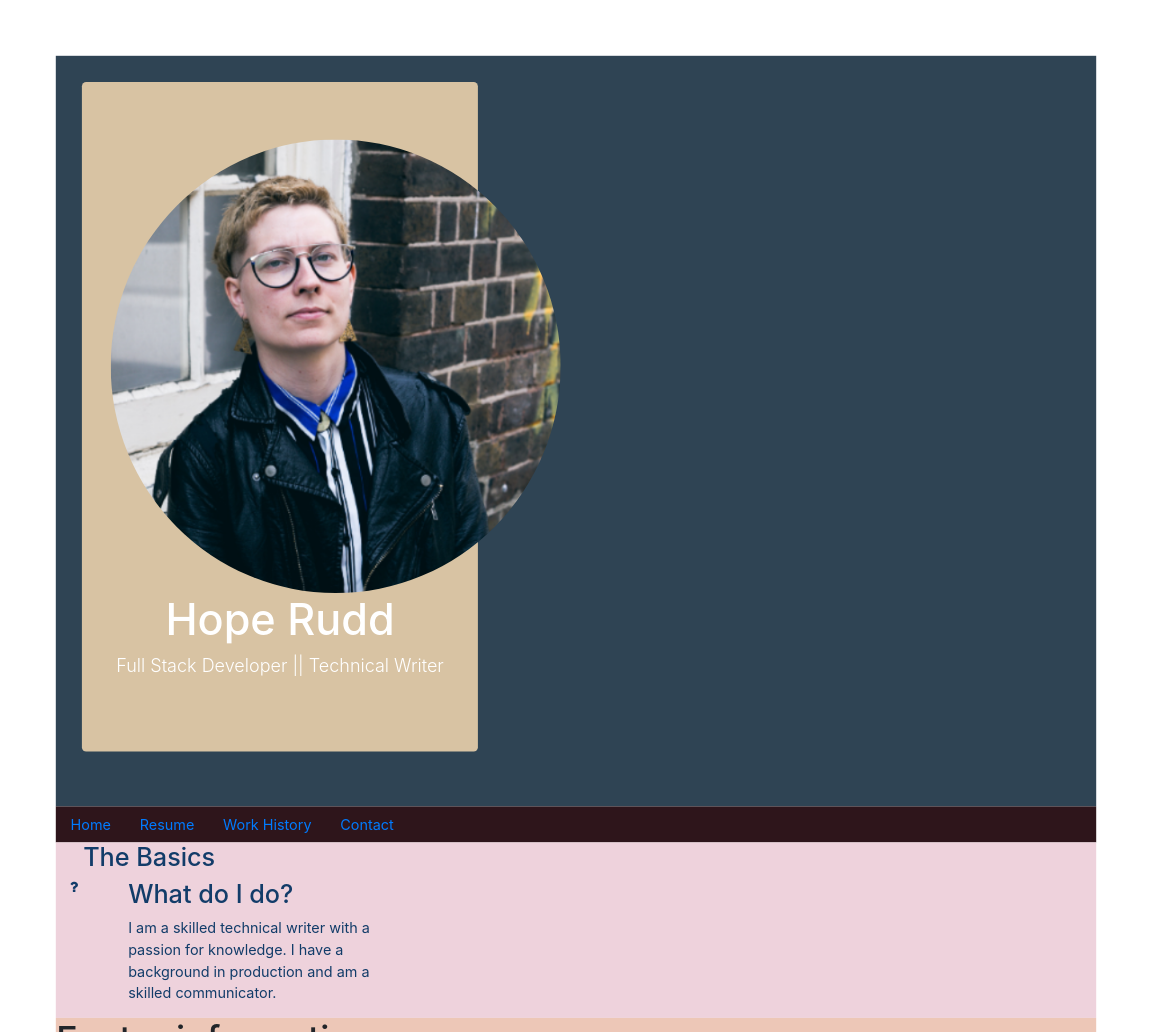
Repository: BleakTerrain/MilestoneProject-
Page: index.html
The author's editor kept a record of every edit. The page is drawn from the files as they stood at one moment, then again after the next edit.
The browser window is 1280 px wide. The pictures show the whole page, at 90% of full size.
Some web libraries are served in a nearby version.

Above is the page before.

### index.html
<html>

<head>
  <!-- Copied from UCB Resume code institue project -->

  <meta charset="UTF-8">
  <meta name="viewport" content="width=device-width, initial-scale=1.0">
  <meta http-equiv="X-UA-Compatible" content="ie=edge">
  <link rel="stylesheet" href="https://maxcdn.bootstrapcdn.com/bootstrap/4.2.1/css/bootstrap.min.css" type="text/css" />
  <link rel="stylesheet" href="https://maxcdn.bootstrapcdn.com/font-awesome/4.7.0/css/font-awesome.min.css" type="text/css" />
  <link rel="stylesheet" href="https://cdnjs.cloudflare.com/ajax/libs/hover.css/2.3.1/css/hover-min.css" type="text/css" />
  <link rel="stylesheet" href="assets/CSS/stylesheet.css" type="text/css" />
  <!-- Copied initial links end -->

  <title> Personal Portfolio</title>
</head>
<header>
  <!-- inspired by example at https://www.w3schools.com/bootstrap4/bootstrap_navs.asp -->


</header>

<body>
<div class="intro-container">
  <section class="intro">
      <div class="row">
        <div class= "col-lg-5 ">
            <section class="jumbotron img-responsive">
          <img class="intro-image " src="BackgroundCodeInstitute.jpg" alt="Image not found">
            <h1 class="jumbotron-header text-centre">Hope Rudd</h1>
            <p class="lead">Full Stack Developer || Technical Writer </p>
        </section>

        </div>
        </div>
      </div>
    </div>

</div>

<ul class = " nav navbar-default">
            <li class="nav-item">
              <a class="nav-link" href="#">Home</a>
            </li>
            <li class="nav-item">
              <a class="nav-link" href="#">Resume</a>
            </li>
            <li class="nav-item">
              <a class="nav-link" href="#">Work History</a>
            </li>
            <li class="nav-item">
              <a class="nav-link" href="#">Contact</a>
            </li>
          </ul>

    <section class="main-text container-fluid">
<div class="col-md-8 bg-color-three-reasons section-column">
                    <div class="row">
                        <div class="col">
                            <h3 class= "section-heading uppercase"> The Basics</h3>
                        </div>

                        <div class="row">
                            <div class="col-10 offset-1 offset-sm-0 col-sm-4 col-md-6">
                                <div class="row">
                                    <div class="col-2">
                                        <i class= "three-reasons-too fa fa-question" aria-hidden ="true"></i>
                                    </div>
                                    <div class="col-10">
                                        <h3 class= "three-reasons-header uppercase"> What do I do?</h3>
                                        <p>
                                            I am a skilled technical writer with a passion for knowledge.
                                            I have a background in production and am a skilled communicator.
                                        </p>
                                    </div>
                                </div>
                            </div>



    </section>



</body>
<footer class="footer">
  <h1> Footer information</h1>
</footer>

</html>

### assets/CSS/stylesheet.css

/* Main background taken from bootstraps basics project*/
/* General theme inspiration from : https://visme.co/blog/website-color-schemes/ */

body, html {
  height: 100%;
  margin: 2.5%;
}
/* -----------------------------------Intro bar---------------*/

.intro-container
{
padding:2.5%;
background-color: #2f4454;
}
.jumbotron
{
 text-align: center;
  background-color: #D8C3A3;
  color:#fff;
}
.jumbotron-header
{
  font-size: 300%;

}
.intro-image {

    background: url("/BackgroundCodeInstitute.jpg");
    background-position: center;
    background-repeat: no-repeat;
    background-size: fill;
    min-height: 360px;
    transition: all .5s ease-in-out;
    -moz-transition: all .5s ease-in-out;
    -webkit-transition: all .5s ease-in-out;

  border-radius: 50%;
  display:inline-block;
}
.responsive
{
  height: auto;
  width:auto;
}
/*----------------------------------Nav-----------------------*/
.nav
{

  text-align: center;
  background-color: #2E151B;
  color:#fff;
}


.home
{background-color: green;}

.background-container{
    height:100%;
  -webkit-background-size: cover;
  -moz-background-size: cover;
  -o-background-size: cover;
  background-size: cover;

  display:flex;
  align-items: center;
  justify-content:center;
 position:relative;
}

/*-----------------------------Main-Text-------------------*/
.main-text
{
  background-color: #eed2dc;
  color: #123c69;
}
/*------------------------------Footer---------------------*/
.footer
{ background-color: #edc7b7 }

After the next edit:
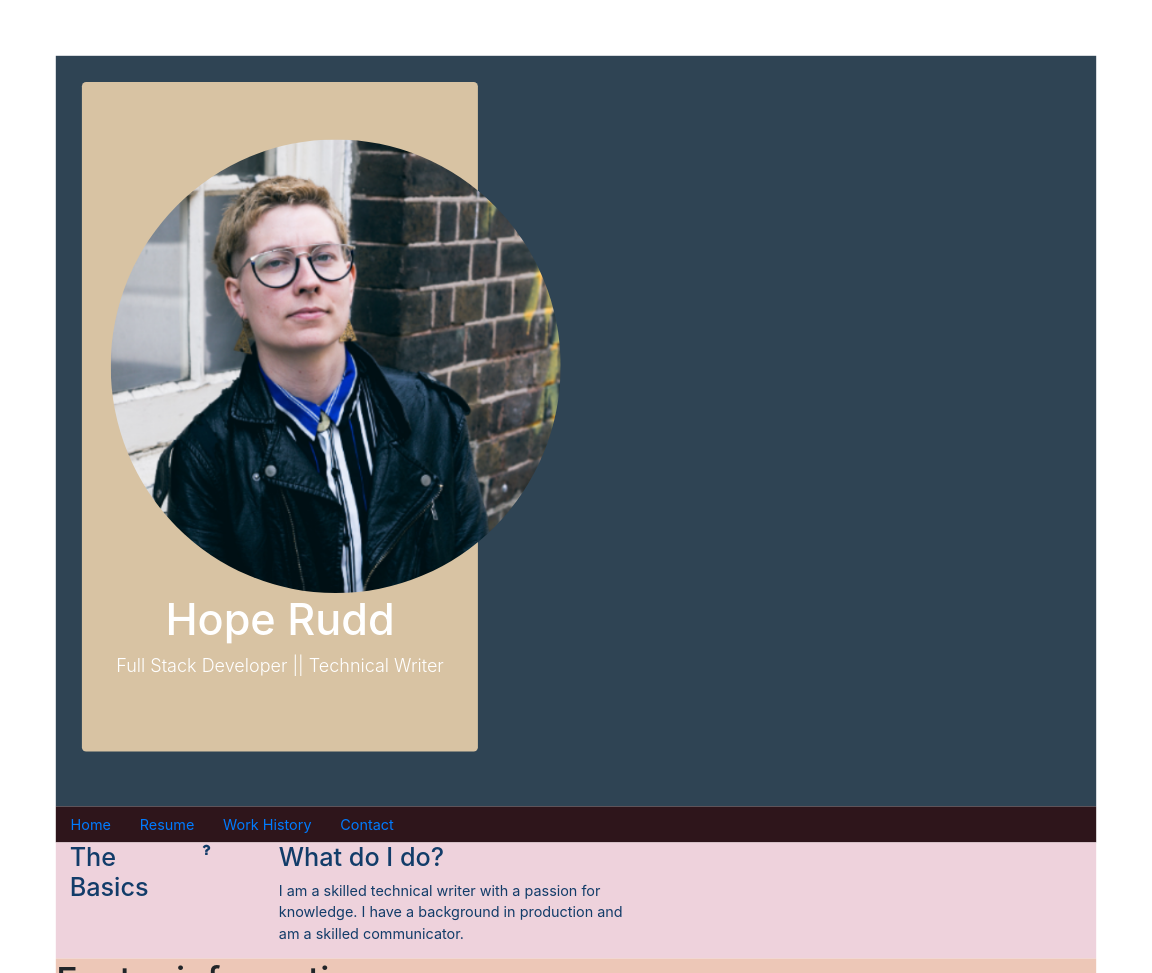
The edit:
--- a/index.html
+++ b/index.html
@@ -54,7 +54,7 @@
           </ul>
 
     <section class="main-text container-fluid">
-<div class="col-md-8 bg-color-three-reasons section-column">
+<div class="section-column">
                     <div class="row">
                         <div class="col">
                             <h3 class= "section-heading uppercase"> The Basics</h3>
